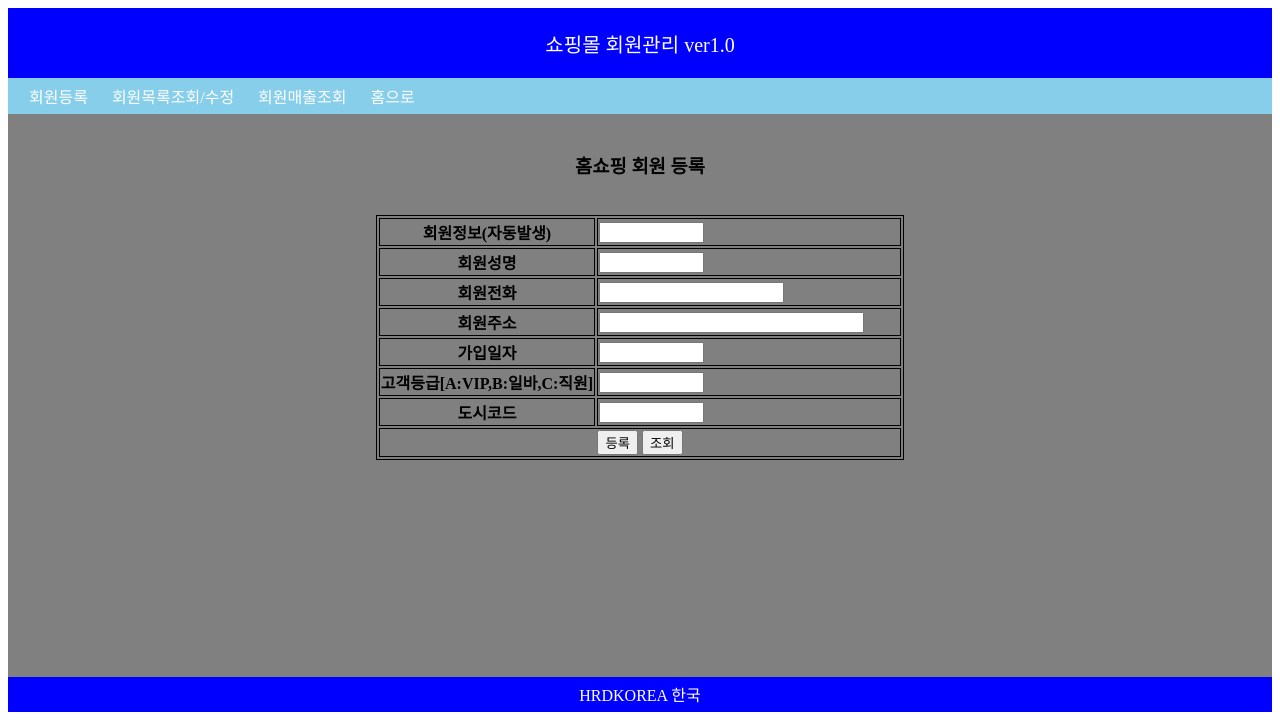
Repository: choigobin/Programming
Page: http://localhost/HRD_1119/insert.jsp
An editor plug-in stored every save of this project. The page is shown before and after the next save, followed by the edit.
The browser window is 1280 px wide. The pictures show the whole page.
The page is served by Tomcat 9.

Above is the page before, as saved 2019-11-19 07:31:13.
Console error: SyntaxError: Unexpected token '}'

After the next save:
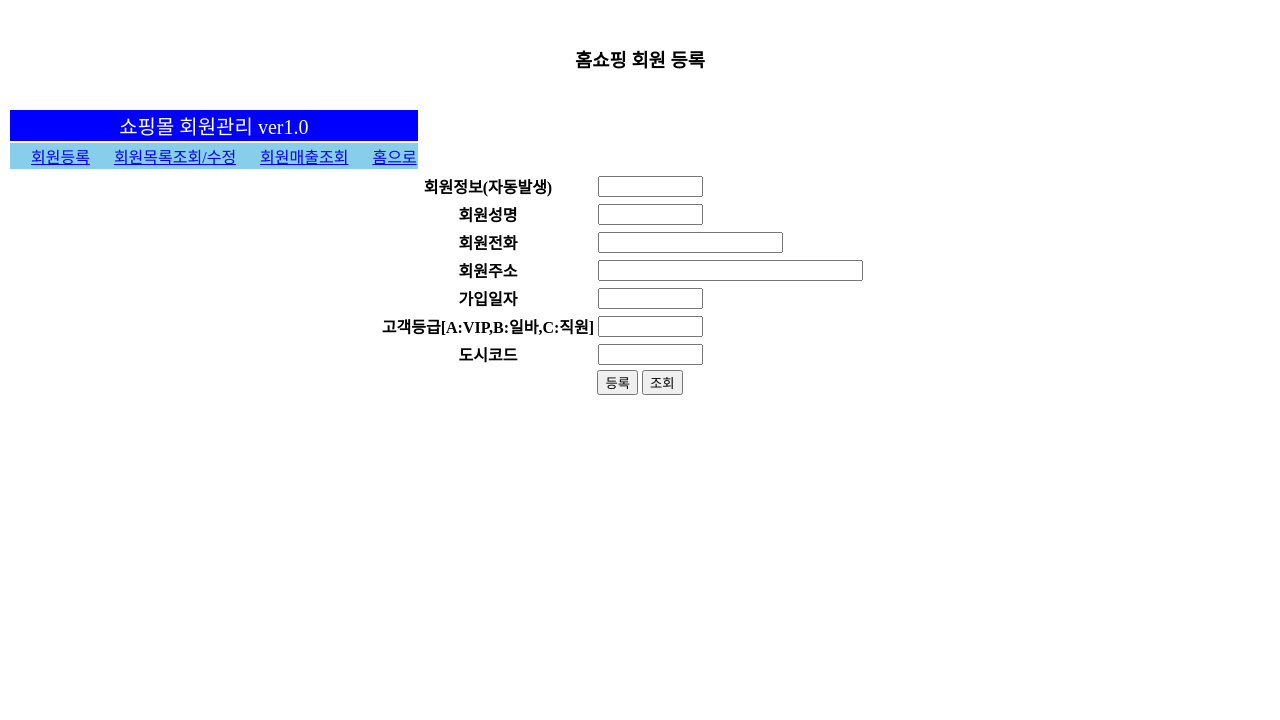
The error is gone.
Saved 105 s later.
--- a/YangJung/workspace/HRD_1119/WebContent/header.jsp
+++ b/YangJung/workspace/HRD_1119/WebContent/header.jsp
@@ -1,39 +1,5 @@
 <%@ page language="java" contentType="text/html; charset=UTF-8"
     pageEncoding="UTF-8"%>
-<html>
-<head>
-<meta charset="UTF-8">
-<style>
-#tb1 {
-		height:100%; width:100%;
-		border: 0px;
-		border-collapse: collapse;
-		}
-table{
-	border: solid black 1px;
-	border-collapse: separate;
-	}
-#t1 {
-	border: 0px;
-	}
-tr,td,th{
-	border: solid black 1px;
-	}
-a{
-	color:white;
-	text-decoration:none;
-}
-</style>
-<script>
-function insert(){
-	alert("실행")
-	if(document.insert.custname.value==""){
-		alert("회원성명이 입력되지 않았습니다.")
-		document.insert.custno.focus();
-	}else
-}
-</script>
-<title>쇼핑몰 회원관리</title>
 </head>
 <body>
 <table id="tb1">
@@ -56,5 +22,3 @@ function insert(){
 		</span>
 	</td>
 </tr>
-<tr id="t1">
-	<td id="t1" bgcolor="gray" valign="top">
